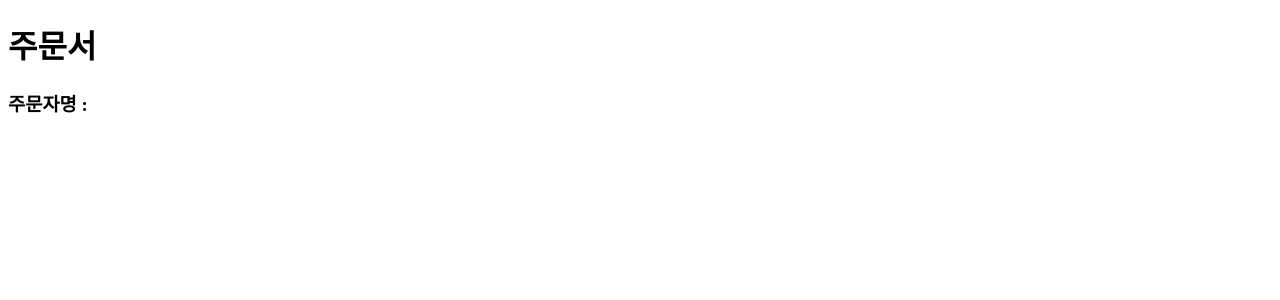
Repository: HaeunOh/study
Page: http://localhost/jstl_study/step-7.jsp
An editor plug-in stored every save of this project. The page is shown before and after the next save, followed by the edit.
The browser window is 1280 px wide. The pictures show the whole page.
The page is served by Tomcat 9. Other server files are loaded and not shown.

Above is the page before, as saved 2024-04-11 04:14:02.

### _jstl_workspace/jstl_study/src/main/webapp/step-7.jsp
<%@ page language="java" contentType="text/html; charset=UTF-8"
    pageEncoding="UTF-8"%>
    <%@ taglib uri="http://java.sun.com/jsp/jstl/core" prefix="c"%>
<!DOCTYPE html>
<html>
<head>
<meta charset="UTF-8">
<title>Insert title here</title>
</head>
<body>
	<h1>주문서</h1>
 	<h3>
 	주문자명 : ${param.name } <br>
 	</h3>
 	<c:forEach items="${paramValues.food }" var="orderName" varStatus="i">
 		<h3> 주문한 메뉴 ${orderName }</h3> <br>
 	</c:forEach>
</body>
</html>

After the next save:
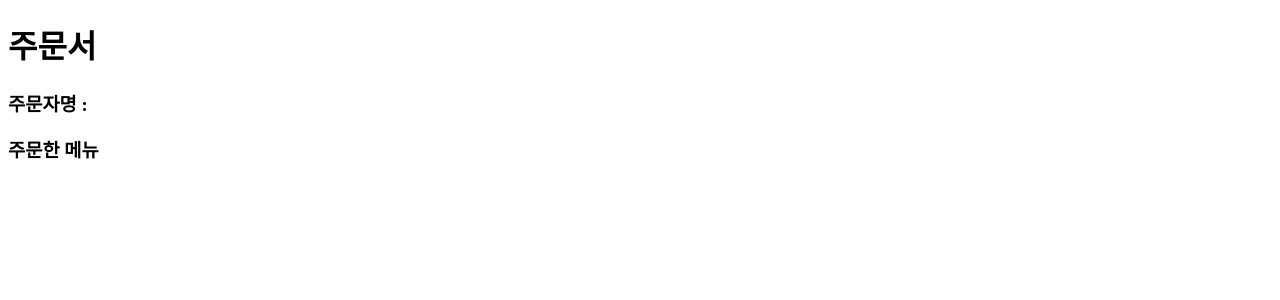
Saved 27 s later.
--- a/_jstl_workspace/jstl_study/src/main/webapp/step-7.jsp
+++ b/_jstl_workspace/jstl_study/src/main/webapp/step-7.jsp
@@ -11,9 +11,10 @@
 	<h1>주문서</h1>
  	<h3>
  	주문자명 : ${param.name } <br>
+ 	<h3> 주문한 메뉴 <br>
  	</h3>
  	<c:forEach items="${paramValues.food }" var="orderName" varStatus="i">
- 		<h3> 주문한 메뉴 ${orderName }</h3> <br>
+ 		<h3> ${orderName }</h3> <br>
  	</c:forEach>
 </body>
 </html>
